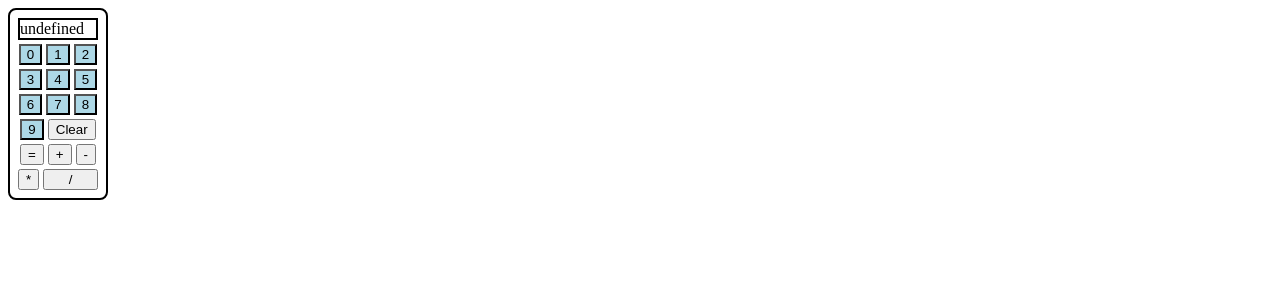
Repository: weazzyefff/Calculator-App
Page: index.html
An editor plug-in stored every save of this project. The page is shown before and after the next save, followed by the edit.
The browser window is 1280 px wide. The pictures show the whole page.
After loading, the first visible `#\=` was clicked once.

Above is the page before, as saved 2022-12-20 13:55:32.

After the next save:
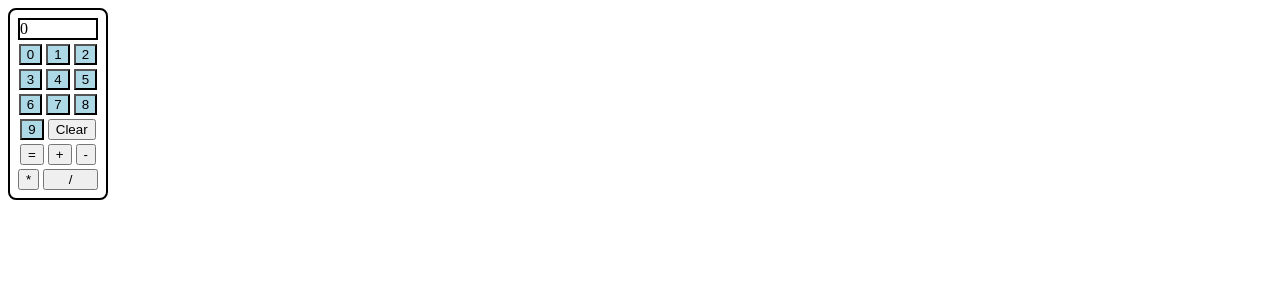
Console error: TypeError: actualValue.push is not a function
Saved 2 min 5 s later.
--- a/script.js
+++ b/script.js
@@ -117,7 +117,7 @@ divideSign.addEventListener("click", (e) => {
 });
 const equals = document.getElementById("=");
 equals.addEventListener("click", (e) => {
-pendingVal.slice(0,-2);
+actualValue = actualValue.push(pendingVal.slice(0,-2));
     actualValue.push(parseInt(pendingVal));
     return document.querySelector(".display").innerHTML = operate(operator, actualValue);
 });
